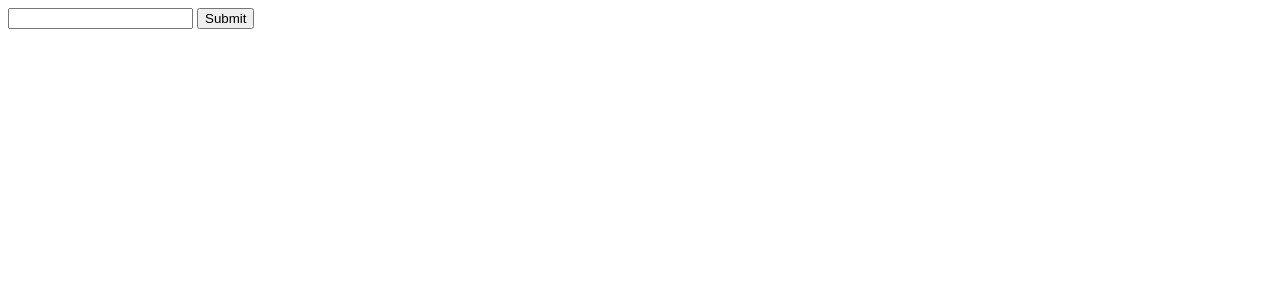
Repository: PhoenixxSC/sherlockholmessystems
Page: entwicklung/workspace/TestServlet/WebContent/index.html
These files come from the project's save history. The page is drawn as it stood at one moment and after the next save; the edit follows.
The browser window is 1280 px wide. The pictures show the whole page.

Above is the page before, as saved 2012-10-28 14:11:04.

### entwicklung/workspace/TestServlet/WebContent/index.html
<!DOCTYPE html PUBLIC "-//W3C//DTD HTML 4.01 Transitional//EN" "http://www.w3.org/TR/html4/loose.dtd">
<html>
<head>
<meta http-equiv="Content-Type" content="text/html; charset=ISO-8859-1">
<title>Test Web Application</title>
</head>
<body>
	<form action="SimpleServletPath" method="post">
		<input type="text" name="inputtest"/>
		<input type="submit"/>
	</form>
</body>
</html>

After the next save:
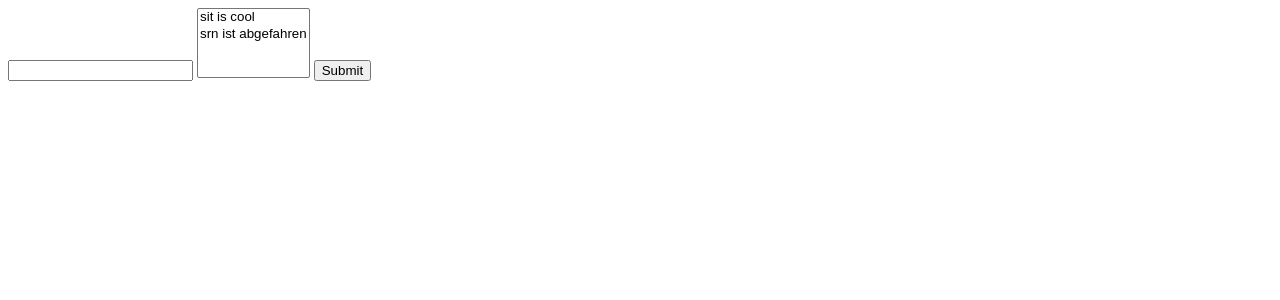
Saved 9 min 49 s later.
--- a/entwicklung/workspace/TestServlet/WebContent/index.html
+++ b/entwicklung/workspace/TestServlet/WebContent/index.html
@@ -7,6 +7,10 @@
 <body>
 	<form action="SimpleServletPath" method="post">
 		<input type="text" name="inputtest"/>
+		<select name="selecttest" multiple="multiple">
+			<option value="sit"/>sit is cool
+			<option value="sit"/>srn ist abgefahren
+		</select>
 		<input type="submit"/>
 	</form>
 </body>
